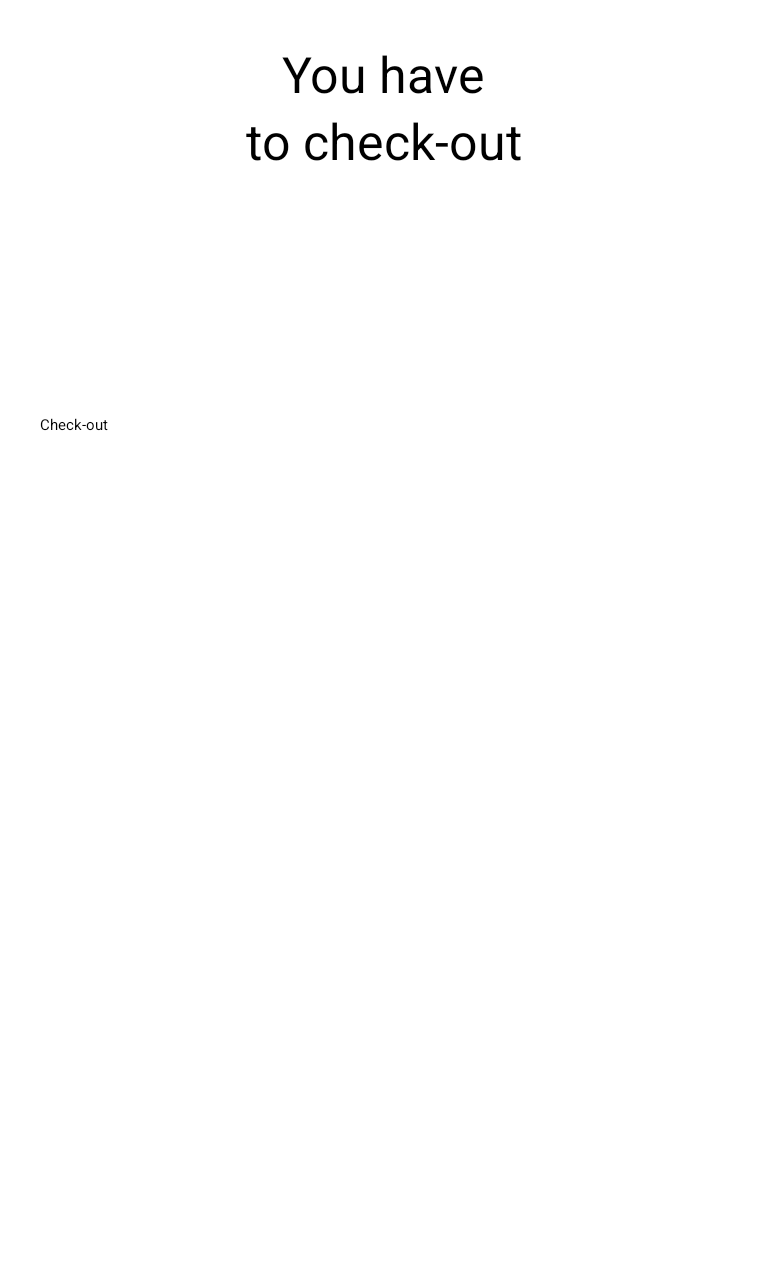
Repository: leo195162839/Test-Repo
Layout: TravelGuardian/res/layout/fragment_time_left.xml
These files come from the project's save history. The layout is drawn as it stood at one moment and after the next save; the edit follows.
It is drawn on a 768 x 1280 px phone screen (xhdpi) without system bars, with theme Theme.Base.AppCompat; the app's code is not run.

Above is the layout before, as saved 2014-06-15 15:17:23.

### TravelGuardian/res/layout/fragment_time_left.xml
<?xml version="1.0" encoding="utf-8"?>
<LinearLayout xmlns:android="http://schemas.android.com/apk/res/android"
    android:layout_width="match_parent"
    android:layout_height="match_parent"
    android:orientation="vertical" >

    <TextView
        android:id="@+id/time_left_content1"
        android:layout_width="wrap_content"
        android:layout_height="wrap_content"
        android:layout_gravity="center"
        android:textSize="25sp"
        android:paddingTop="20sp"
        android:text="@string/count_time_left1" />

        <TextView
        android:id="@+id/time_left_content2"
        android:layout_width="wrap_content"
        android:layout_height="wrap_content"
        android:layout_gravity="center"
        android:textSize="25sp"
        android:paddingBottom="100sp"
        android:text="@string/count_time_left2" />

    <Button
        android:layout_width="fill_parent"
        android:layout_height="wrap_content"
        android:padding="20sp"
        android:text="@string/button_checkout" />

    <ProgressBar
        android:id="@+id/progressBar1"
        style="?android:attr/progressBarStyleHorizontal"
        android:layout_width="fill_parent"
        android:layout_height="wrap_content"
        android:layout_gravity="bottom"
         />

</LinearLayout>

### TravelGuardian/res/values/strings.xml
<?xml version="1.0" encoding="utf-8"?>
<resources>

    <string name="app_name">Travel Guardian</string>
    <string name="hello_world">Hello world!</string>
    <string name="action_settings">Settings</string>
    <string name="button_login">Login</string>
    <string name="title_activity_start">Travel Guardian</string>
    <string name="logged_in_as">Logged in as</string>
    <string name="username">name@domain.com</string>
    <string name="button_sign_out">Sign Out</string>
    <string name="button_start">Start a Trip</string>
    <string name="title_activity_data_entry">Travel Guardian: Start a Trip</string>
    <string name="textView_emergency_contacts">Who would you like to contact in the event of an emergency?</string>
    <string name="edit_contacts">Enter an email address</string>
    <string name="textView_destination">Where will you be traveling to?</string>
    <string name="edit_destination">Enter location name or coordinates</string>
    <string name="textView_host">What is your host contact?</string>
    <string name="edit_host">Enter hotel/host contact info</string>
    <string name="textView_pingFrequency">GPS Ping Frequency: 0 hour(s)</string>
    <string name="button_setDate">Set Return Date</string>
    <string name="button_setTime">Set Return Time</string>
    <string name="button_startTrip">Start Trip</string>
    <string name="count_time_left1">You have</string>
    <string name="count_time_left2">to check-out</string>
    <string name="button_checkout">Check-out</string>

</resources>

After the next save:
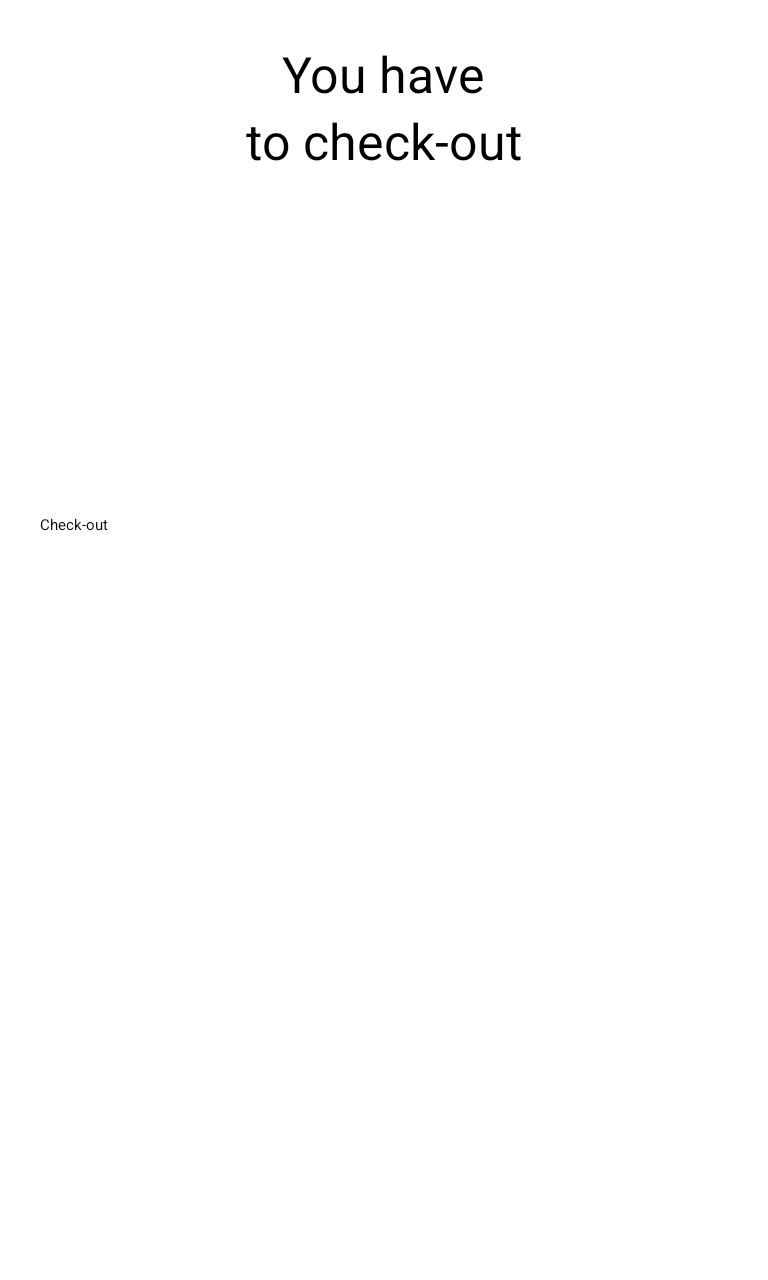
Saved 42 s later.
--- a/TravelGuardian/res/layout/fragment_time_left.xml
+++ b/TravelGuardian/res/layout/fragment_time_left.xml
@@ -19,13 +19,14 @@
         android:layout_height="wrap_content"
         android:layout_gravity="center"
         android:textSize="25sp"
-        android:paddingBottom="100sp"
+        android:paddingBottom="150sp"
         android:text="@string/count_time_left2" />
 
     <Button
         android:layout_width="fill_parent"
         android:layout_height="wrap_content"
         android:padding="20sp"
+        android:paddingBottom="100sp"
         android:text="@string/button_checkout" />
 
     <ProgressBar
